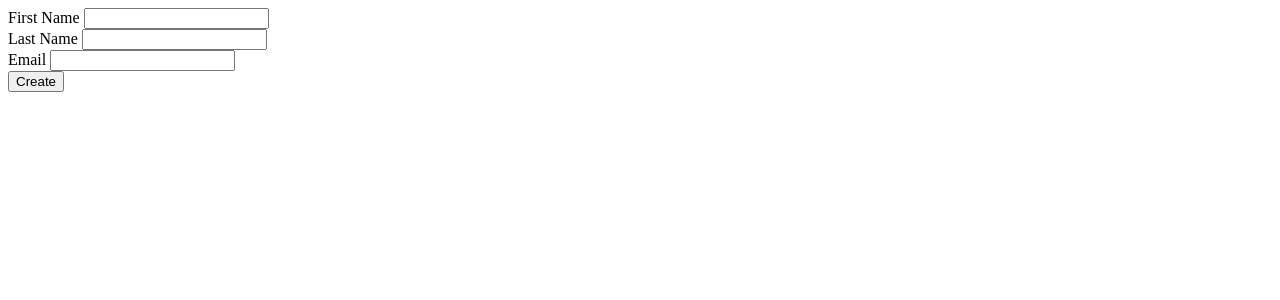
Repository: Ibrahimalrkaby/CRUD
Page: http://localhost/create.php
These files come from the project's save history. The page is drawn as it stood at one moment and after the next save; the edit follows.
The browser window is 1280 px wide. The pictures show the whole page.
The page is run by PHP 8.4 with error messages shown; the project is at /var/www/html/.

Above is the page before, as saved 2025-06-27 01:01:23.

After the next save:
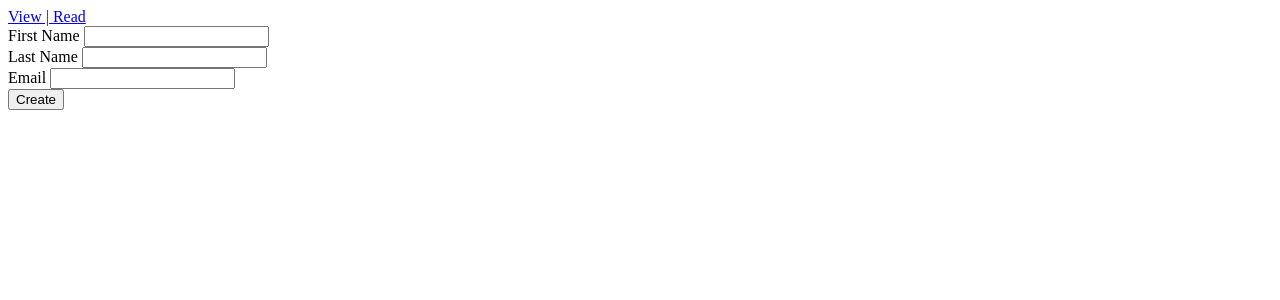
Saved 24 min 42 s later.
--- a/create.php
+++ b/create.php
@@ -9,6 +9,7 @@
 
 <body>
     <div class="form-holder">
+        <a href="index.php">View | Read</a>
         <form action="req/create.php" method="POST">
 
             <?php if (isset($_GET['error'])) { ?>
